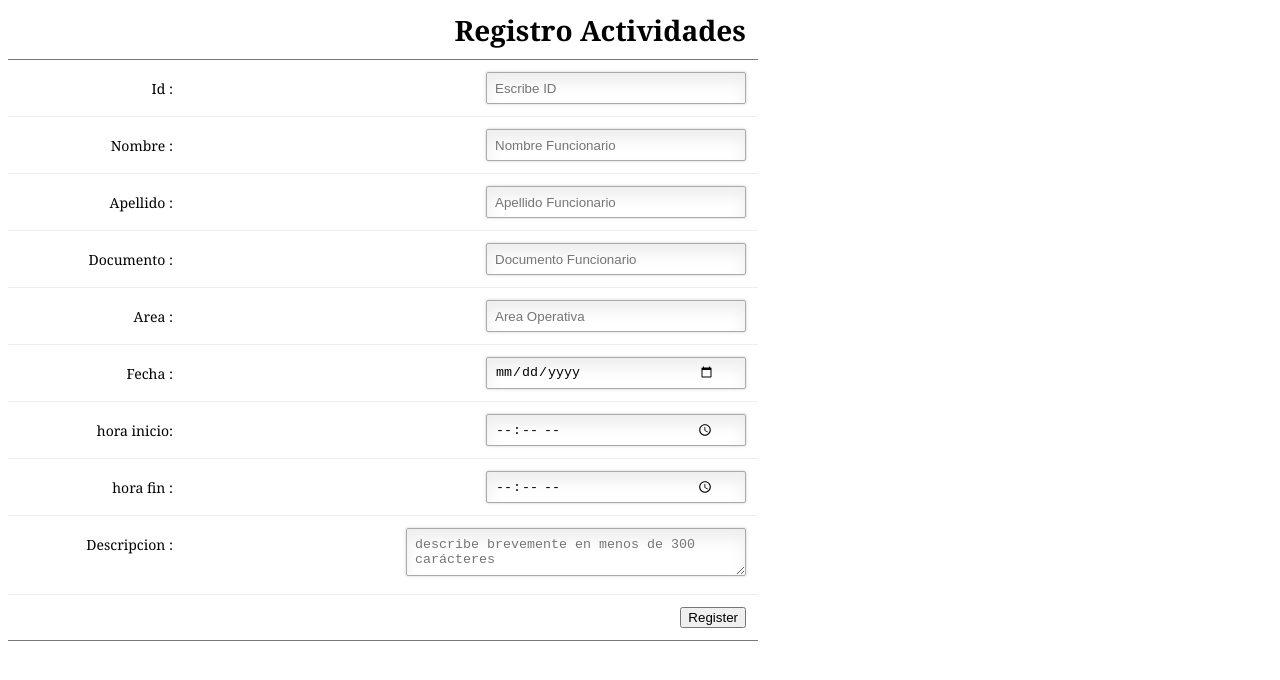
Repository: Yale2024/repo-registro-act
Page: templates/register.html
These files come from the project's save history. The page is drawn as it stood at one moment and after the next save; the edit follows.
The browser window is 1280 px wide. The pictures show the whole page.

Above is the page before, as saved 2024-09-15 08:54:53.

After the next save:
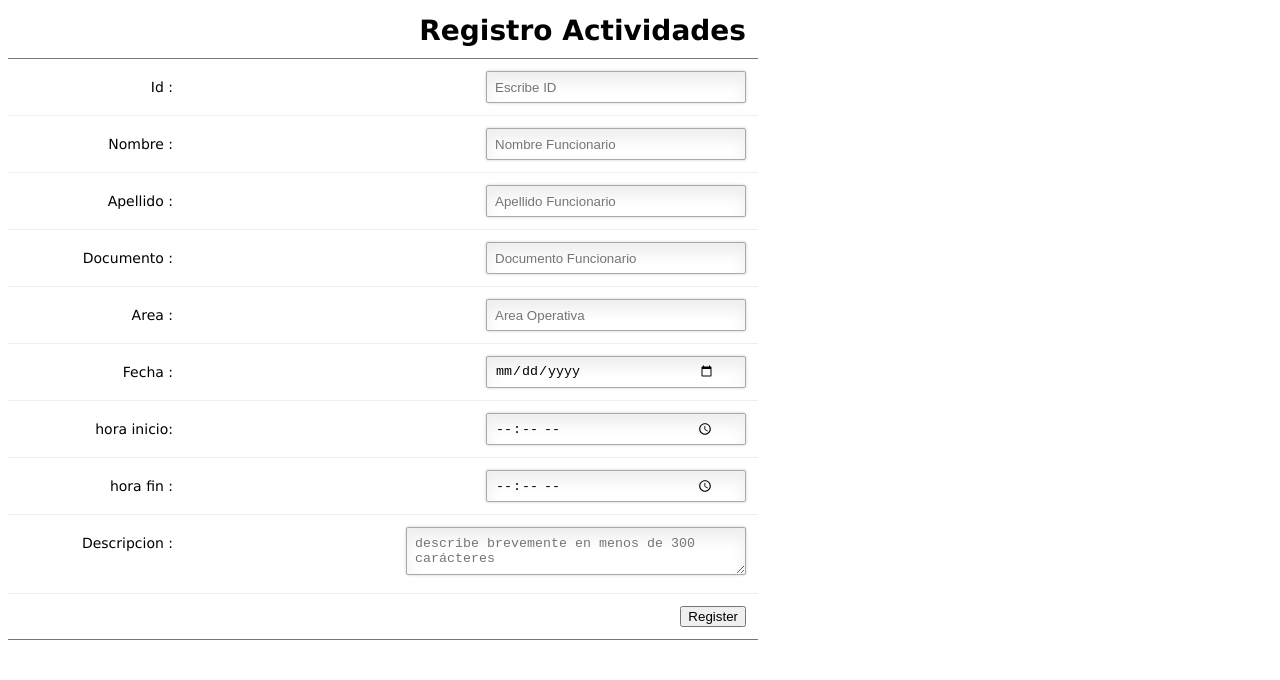
Saved 55 s later.
--- a/static/css/styleRegister.css
+++ b/static/css/styleRegister.css
@@ -22,9 +22,6 @@
     font: 14px/21px "Lucida Sans", "Lucida Grande", "Lucida Sans Unicode", sans-serif;
 }
 
-.contact_form h1, .contact_form label {
-    font-family: Georgia, Times, "Times New Roman", serif;
-}
 
 /* === List Styles === */
 .contact_form ul {

After the save that followed:
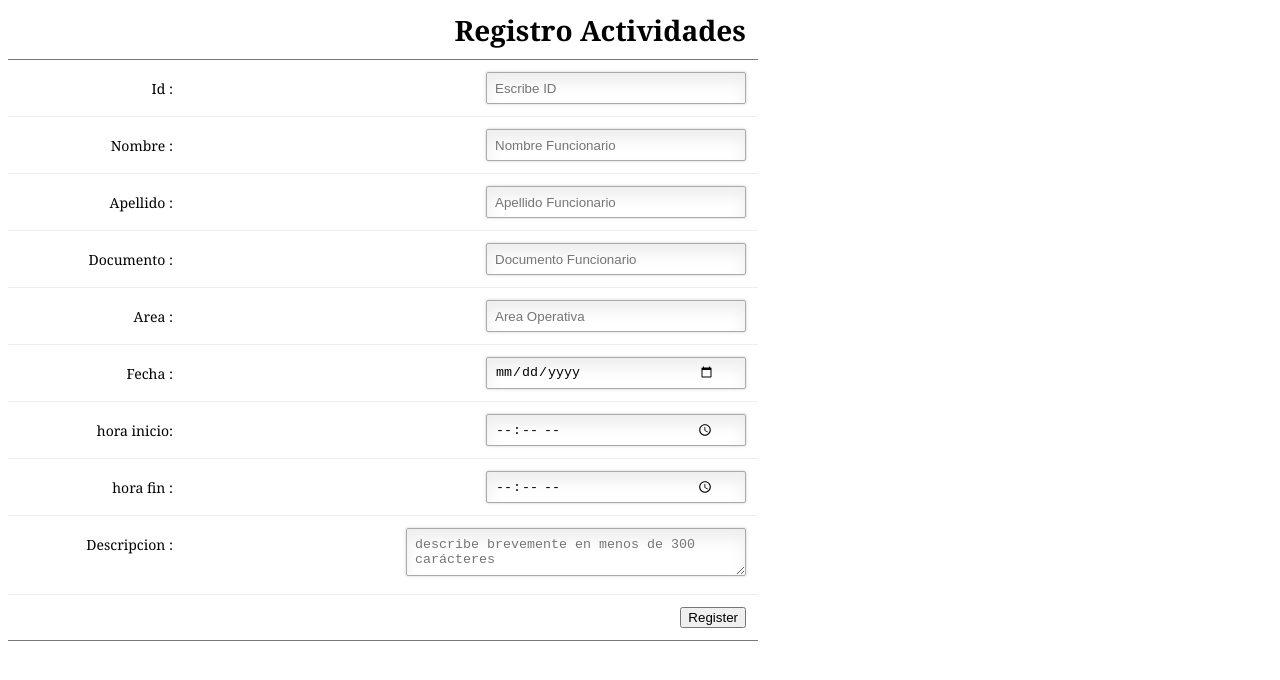
Saved 2 min 18 s later.
--- a/static/css/styleRegister.css
+++ b/static/css/styleRegister.css
@@ -22,6 +22,9 @@
     font: 14px/21px "Lucida Sans", "Lucida Grande", "Lucida Sans Unicode", sans-serif;
 }
 
+.contact_form h1, .contact_form label {
+    font-family: Georgia, Times, "Times New Roman", serif;
+}
 
 /* === List Styles === */
 .contact_form ul {
